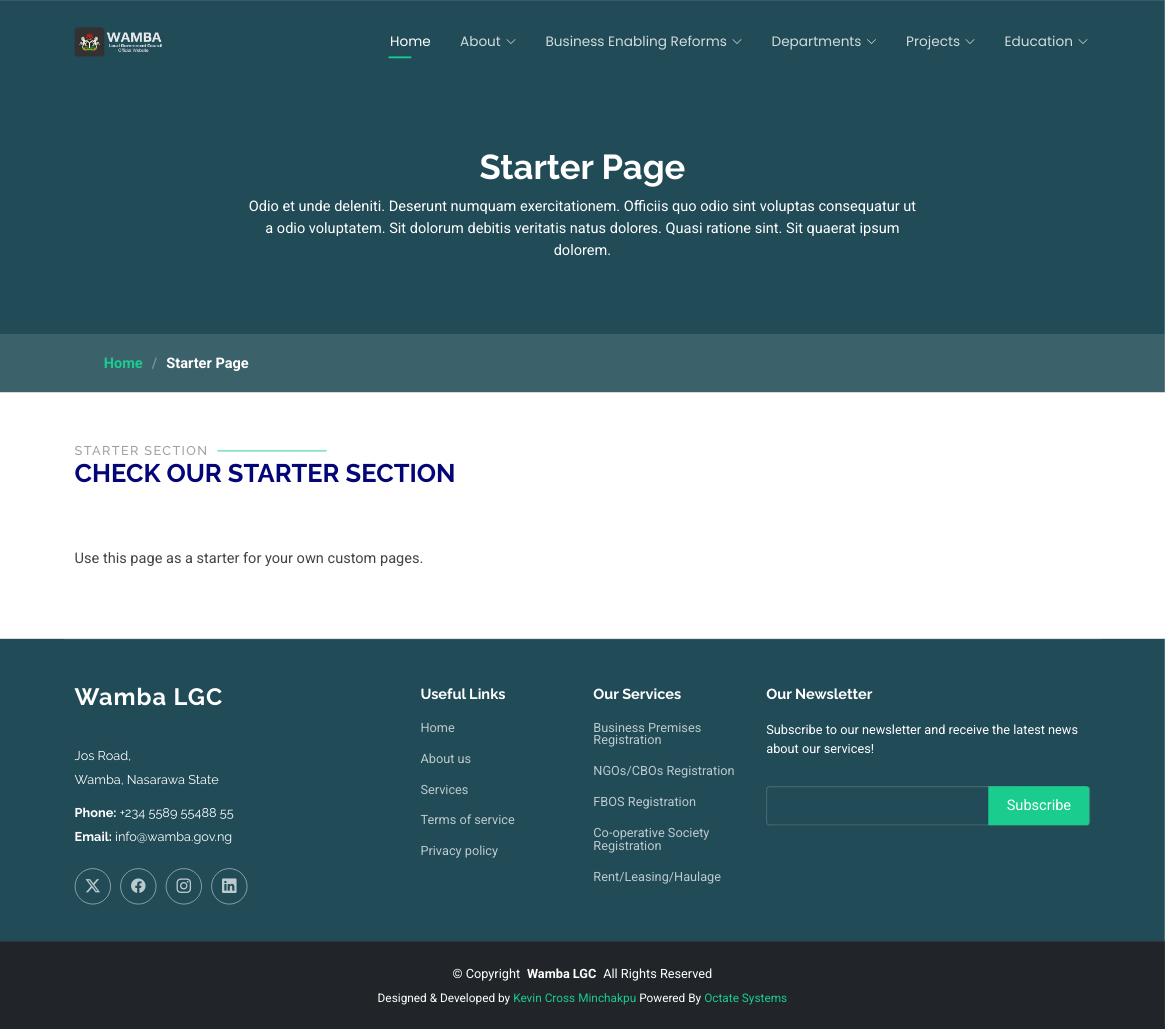
Repository: GlorifiedIntel/wamba-lgc
Page: template.html
These files come from the project's save history. The page is drawn as it stood at one moment and after the next save; the edit follows.
The browser window is 1280 px wide. The pictures show the whole page, at 91% of full size.

Above is the page before, as saved 2025-02-06 03:40:59.
Console error: TypeError: Cannot read properties of null (reading 'click')

### template.html
<!DOCTYPE html>
<html lang="en">

<head>
  <meta charset="utf-8">
  <meta http-equiv="X-UA-Compatible" content="IE=edge">
  <meta name="viewport" content="width=device-width, initial-scale=1.0">
  <meta name="format-detection" content="telephone=no">
  <meta name="apple-mobile-web-app-capable" content="yes">
  <meta name="author" content="Kevin Cross Minchakpu">
  <meta name="keywords" content="Wamba, Nasarawa, Industry, Trade, Investment, Entrepreneur">
  <meta name="description" content="Wamba Local Government Council is one of the administrative divisions within Nasarawa State, Nigeria. It is located in the northern part of the state and is predominantly inhabited by diverse ethnic groups, including Rindre, and other indigenous communities.Wamba Local Government Council is one of the administrative divisions within Nasarawa State, Nigeria. It is located in the northern part of the state and is predominantly inhabited by diverse ethnic groups, including Rindre, and other indigenous communities.">
  <title>Wamba Local Government Council</title>

  <!-- Favicons -->
  <link href="assets/img/favicon.png" rel="icon">
  <link href="assets/img/apple-touch-icon.png" rel="apple-touch-icon">

  <!-- Fonts -->
  <link href="https://fonts.googleapis.com" rel="preconnect">
  <link href="https://fonts.gstatic.com" rel="preconnect" crossorigin>
  <link href="https://fonts.googleapis.com/css2?family=Roboto:ital,wght@0,100;0,300;0,400;0,500;0,700;0,900;1,100;1,300;1,400;1,500;1,700;1,900&family=Poppins:ital,wght@0,100;0,200;0,300;0,400;0,500;0,600;0,700;0,800;0,900;1,100;1,200;1,300;1,400;1,500;1,600;1,700;1,800;1,900&family=Raleway:ital,wght@0,100;0,200;0,300;0,400;0,500;0,600;0,700;0,800;0,900;1,100;1,200;1,300;1,400;1,500;1,600;1,700;1,800;1,900&display=swap" rel="stylesheet">

  <!-- Vendor CSS Files -->
  <link href="assets/vendor/bootstrap/css/bootstrap.min.css" rel="stylesheet">
  <link href="assets/vendor/bootstrap-icons/bootstrap-icons.css" rel="stylesheet">
  <link href="assets/vendor/aos/aos.css" rel="stylesheet">
  <link href="assets/vendor/glightbox/css/glightbox.min.css" rel="stylesheet">
  <link href="assets/vendor/swiper/swiper-bundle.min.css" rel="stylesheet">

  <!-- Main CSS File -->
  <link href="assets/css/main.css" rel="stylesheet">
</head>

<body class="index-page">
  <header id="header" class="header d-flex align-items-center fixed-top dark-background">
    <div class="container-fluid container-xl position-relative d-flex align-items-center justify-content-between">
      <a href="index.html" class="logo d-flex align-items-center">
        <img src="assets/img/wamba-logo.png" alt="Wamba Logo" >
      </a>
      <nav id="navmenu" class="navmenu">
        <ul>
          <li><a href="index.html" class="active">Home</a></li>
          <li class="dropdown"><a href="about-mtii.html"><span>About</span> <i class="bi bi-chevron-down toggle-dropdown"></i></a>
            <ul>
              <li><a href="about-wamba.html">Wamba LGC</a></li>
                  <li><a href="wamba-history.html">Wamba History</a></li>
                  <li><a href="the-chairman.html" >The Executive Chairman</a></li>
                  <li><a href="the-deputy.html" >The Deputy Chairman</a></li>
                  <li><a href="the-secretary.html" >The Secretary</a></li>
                  <li><a href="directors.html" >Our Legislators</a></li>
                  <li><a href="contact-us.html" >Our Contact</a></li>
            </ul>
          </li>

          <li class="dropdown"><a href="#"><span>Business Enabling Reforms</span> <i class="bi bi-chevron-down toggle-dropdown"></i></a>
            <ul>
              <li><a href="business-plans.html">Business Enabling Action Plan</a></li>
                  <li><a href="grievance.html">Grievance Redress Mechanism</a></li>
                  <li><a href="application-guidelines.html" >Application Guidelines</a></li>
                  <li><a href="legal-framework.html" >Legal Framework</a></li>
                  <li><a href="investment-opportunities.html" >Investment Opportunities</a></li>
              </ul>
          </li>

          <li class="dropdown"><a href="departments.html"><span>Departments</span> <i class="bi bi-chevron-down toggle-dropdown"></i></a>
            <ul>
              <li><a href="admin.html">Administration</a></li>
              <li><a href="agriculture.html">Agriculture and Natural Resources</a></li>
              <li><a href="education.html">Education</a></li>
              <li><a href="environment.html">Environmental Services</a></li>
              <li><a href="finance.html">Finance and Accounts</a></li>
              <li><a href="health.html">Health</a></li>
              <li><a href="all-departments.html">More Departments</a></li>
             </ul>
          </li>

          <li class="dropdown"><a href="projects.html"><span>Projects</span> <i class="bi bi-chevron-down toggle-dropdown"></i></a>
            <ul>
              <li><a href="completed.html">Completed Projects</a></li>
                  <li><a href="ongoing.html">Ongoing Projects</a></li>
                  <li><a href="proposed.html" >Proposed Projects</a></li>
            </ul>
          </li>

          <li class="dropdown"><a href="registration.html"><span>Education</span> <i class="bi bi-chevron-down toggle-dropdown"></i></a>
            <ul>
              <li><a href="ubec.html">UBEC</a></li>
                  <li><a href="secondary-schools.html">Secondary Schools</a></li>
                  <li><a href="private-schools.html" >Private Schools</a></li>
                  <li><a href="relevant-tech.html" >Relevant Technology</a></li>
                  <li><a href="faqs.html" >FAQs</a></li>
            </ul>
          </li>
        </ul>
        <i class="mobile-nav-toggle d-xl-none bi bi-list"></i>
      </nav>

    </div>
  </header>

  <main class="main">

    <!-- Page Title -->
    <div class="page-title dark-background" data-aos="fade">
      <div class="heading">
        <div class="container">
          <div class="row d-flex justify-content-center text-center">
            <div class="col-lg-8">
              <h1>Starter Page</h1>
              <p class="mb-0">Odio et unde deleniti. Deserunt numquam exercitationem. Officiis quo odio sint voluptas consequatur ut a odio voluptatem. Sit dolorum debitis veritatis natus dolores. Quasi ratione sint. Sit quaerat ipsum dolorem.</p>
            </div>
          </div>
        </div>
      </div>
      <nav class="breadcrumbs">
        <div class="container">
          <ol>
            <li><a href="index.html">Home</a></li>
            <li class="current">Starter Page</li>
          </ol>
        </div>
      </nav>
    </div><!-- End Page Title -->

    <!-- Starter Section Section -->
    <section id="starter-section" class="starter-section section">

      <!-- Section Title -->
      <div class="container section-title" data-aos="fade-up">
        <h2>Starter Section</h2>
        <div><span>Check Our</span> <span class="description-title">Starter Section</span></div>
      </div><!-- End Section Title -->

      <div class="container" data-aos="fade-up">
        <p>Use this page as a starter for your own custom pages.</p>
      </div>

    </section><!-- /Starter Section Section -->

  </main>
  <!--Main End-->

<!--Footer Start-->
<footer id="footer" class="footer dark-background">

  <div class="container footer-top">
    <div class="row gy-4">
      <div class="col-lg-4 col-md-6 footer-about">
        <a href="index.html" class="logo d-flex align-items-center">
          <span class="sitename">Wamba LGC</span>
        </a>
        <div class="footer-contact pt-3">
         <p>Jos Road,</p>
          <p>Wamba, Nasarawa State </p>
          <p class="mt-3"><strong>Phone:</strong> <span>+234 5589 55488 55</span></p>
          <p><strong>Email:</strong> <span>info@wamba.gov.ng</span></p>
        </div>
        <div class="social-links d-flex mt-4">
          <a href="" title="Twitter"><i class="bi bi-twitter-x"></i></a>
          <a href="" title="Facebook"><i class="bi bi-facebook"></i></a>
          <a href="" title="Instagram"><i class="bi bi-instagram"></i></a>
          <a href="" title="LinkedIn"><i class="bi bi-linkedin"></i></a>
        </div>
      </div>

      <div class="col-lg-2 col-md-3 footer-links">
        <h4>Useful Links</h4>
        <ul>
          <li><a href="index.html">Home</a></li>
          <li><a href="about-mtii.html">About us</a></li>
          <li><a href="services.html">Services</a></li>
          <li><a href="terms-of-use.html">Terms of service</a></li>
          <li><a href="privacy-policy.html">Privacy policy</a></li>
        </ul>
      </div>

      <div class="col-lg-2 col-md-3 footer-links">
        <h4>Our Services</h4>
        <ul>
          <li><a href="business-premises.html">Business Premises Registration</a></li>
          <li><a href="ngo-cbo-registration.html">NGOs/CBOs Registration</a></li>
          <li><a href="fbo-registration.html">FBOS Registration</a></li>
          <li><a href="cooperative-registration.html">Co-operative Society Registration</a></li>
          <li><a href="rent.html">Rent/Leasing/Haulage</a></li>
        </ul>
      </div>

      <div class="col-lg-4 col-md-12 footer-newsletter">
        <h4>Our Newsletter</h4>
        <p>Subscribe to our newsletter and receive the latest news about our services!</p>
        <form action="forms/newsletter.php" method="post" class="php-email-form">
          <div class="newsletter-form"><input type="email" name="email"><input type="submit" value="Subscribe"></div>
          <div class="loading">Loading</div>
          <div class="error-message"></div>
          <div class="sent-message">Your subscription request has been sent. Thank you!</div>
        </form>
      </div>

    </div>
  </div>

  <div class="container-fluid copyright text-center mt-4 bg-dark">
    <p>© <span>Copyright</span> <strong class="px-1 sitename">Wamba LGC</strong> <span>All Rights Reserved</span></p>
    <div class="credits">
      Designed & Developed by <a href="https://kevinomics.com/">Kevin Cross Minchakpu</a> Powered By <a href="https://octatesystems.com">Octate Systems</a>
    </div>
  </div>

</footer>

<!-- Scroll Top -->

<button id="scroll-top" class="scroll-top d-flex bg-dark align-items-center justify-content-center" title="Scroll to top"><i class="bi bi-arrow-up-short"></i></button>
<!-- Preloader -->
<div id="preloader"></div>

<!-- Vendor JS Files -->
<script src="assets/vendor/bootstrap/js/bootstrap.bundle.min.js"></script>
<script src="assets/vendor/php-email-form/validate.js"></script>
<script src="assets/vendor/aos/aos.js"></script>
<script src="assets/vendor/glightbox/js/glightbox.min.js"></script>
<script src="assets/vendor/purecounter/purecounter_vanilla.js"></script>
<script src="assets/vendor/swiper/swiper-bundle.min.js"></script>

<!-- Main JS File -->
<script src="assets/js/main.js"></script>
<script src="assets/js/reforms.js"></script>

</body>

</html>

Loaded but not shown: assets/vendor/bootstrap/css/bootstrap.min.css (library); assets/vendor/bootstrap-icons/bootstrap-icons.css (library); assets/vendor/aos/aos.css (library); assets/vendor/glightbox/css/glightbox.min.css (library); assets/vendor/swiper/swiper-bundle.min.css (library); assets/vendor/bootstrap/js/bootstrap.bundle.min.js (library); assets/vendor/php-email-form/validate.js (common file); assets/vendor/aos/aos.js (library); assets/vendor/glightbox/js/glightbox.min.js (library); assets/vendor/purecounter/purecounter_vanilla.js (library); assets/vendor/swiper/swiper-bundle.min.js (library); assets/js/main.js (181 lines, source omitted); assets/js/reforms.js (43 lines, source omitted); assets/css/main.css (1741 lines, source omitted)

After the next save:
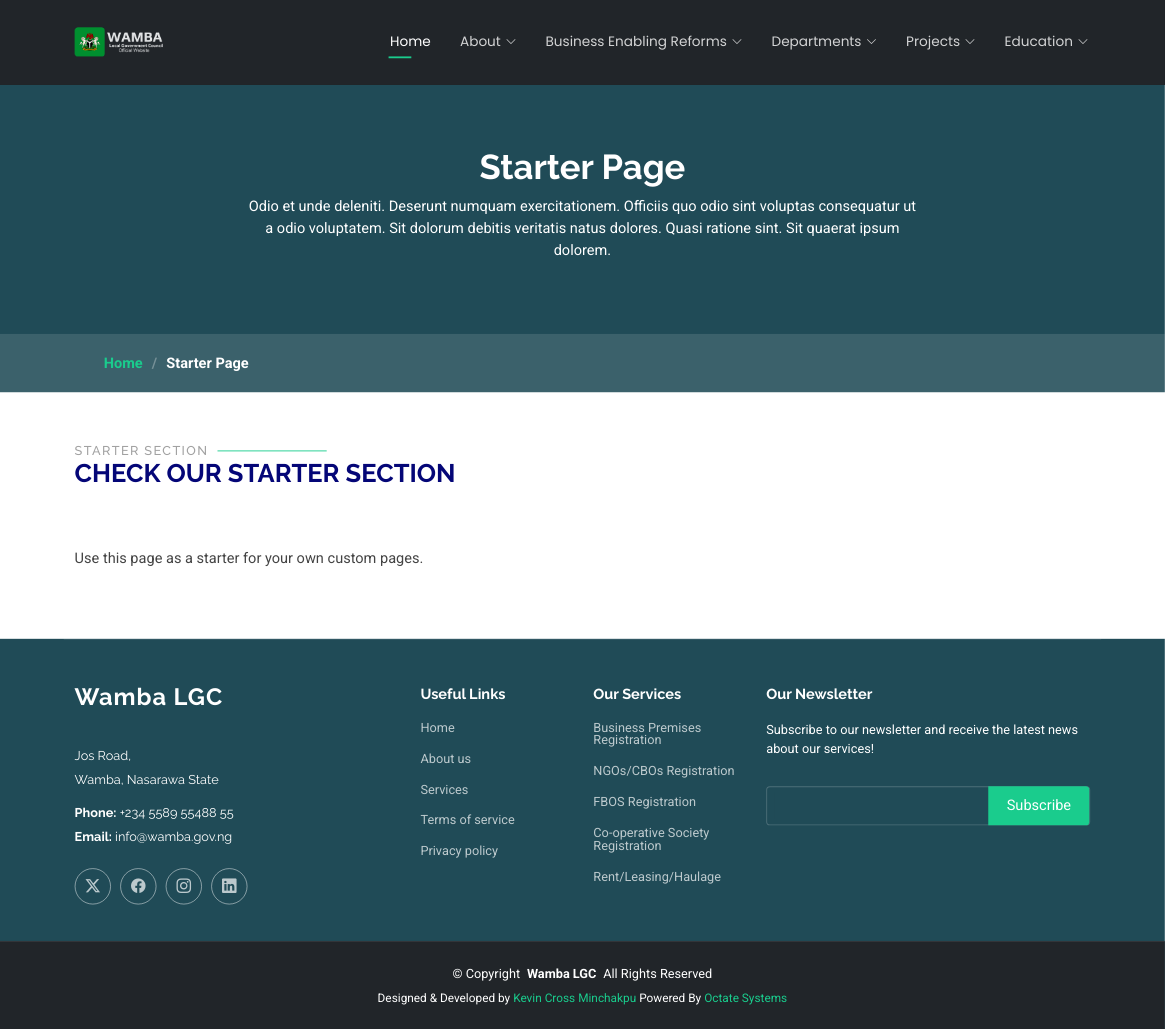
Saved 104 s later.
--- a/template.html
+++ b/template.html
@@ -11,7 +11,6 @@
   <meta name="keywords" content="Wamba, Nasarawa, Industry, Trade, Investment, Entrepreneur">
   <meta name="description" content="Wamba Local Government Council is one of the administrative divisions within Nasarawa State, Nigeria. It is located in the northern part of the state and is predominantly inhabited by diverse ethnic groups, including Rindre, and other indigenous communities.Wamba Local Government Council is one of the administrative divisions within Nasarawa State, Nigeria. It is located in the northern part of the state and is predominantly inhabited by diverse ethnic groups, including Rindre, and other indigenous communities.">
   <title>Wamba Local Government Council</title>
-
   <!-- Favicons -->
   <link href="assets/img/favicon.png" rel="icon">
   <link href="assets/img/apple-touch-icon.png" rel="apple-touch-icon">
@@ -33,10 +32,10 @@
 </head>
 
 <body class="index-page">
-  <header id="header" class="header d-flex align-items-center fixed-top dark-background">
+  <header id="header" class="header d-flex align-items-center fixed-top bg-dark">
     <div class="container-fluid container-xl position-relative d-flex align-items-center justify-content-between">
       <a href="index.html" class="logo d-flex align-items-center">
-        <img src="assets/img/wamba-logo.png" alt="Wamba Logo" >
+        <img src="assets/img/wamba-logo-2.png" alt="Logo" >
       </a>
       <nav id="navmenu" class="navmenu">
         <ul>
